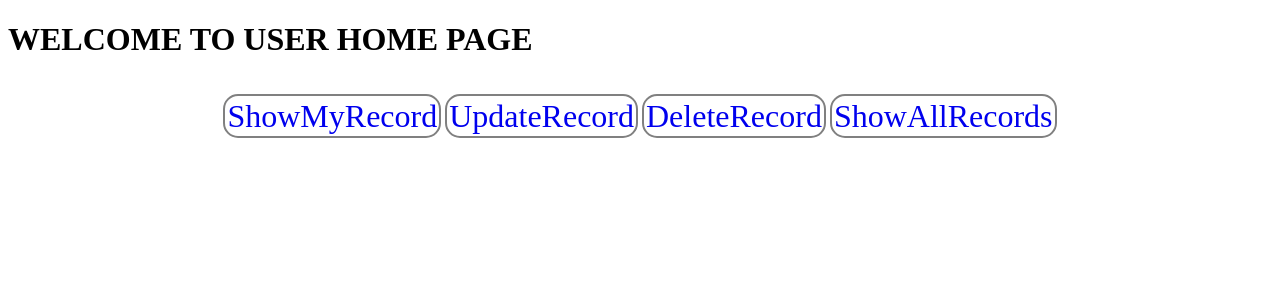
Repository: gajanansp07/Advance_Java_Practice
Page: http://localhost/JDBCCURD/UserHome.jsp
An editor plug-in stored every save of this project. The page is shown before and after the next save, followed by the edit.
The browser window is 1280 px wide. The pictures show the whole page.
The page is served by Tomcat 9.

Above is the page before, as saved 2022-03-17 17:13:46.

After the next save:
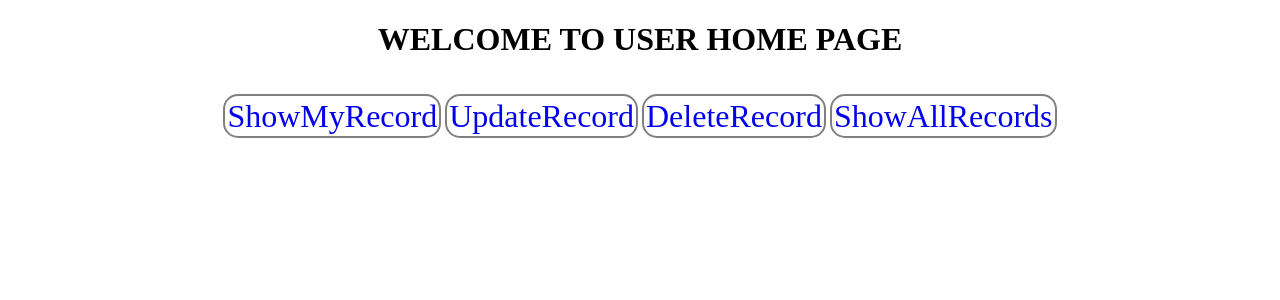
Saved 23 s later.
--- a/JDBCCURD/src/main/webapp/UserHome.jsp
+++ b/JDBCCURD/src/main/webapp/UserHome.jsp
@@ -22,7 +22,7 @@ a.uhome:hover {
 </style>
 </head>
 <body>
-	<h1>WELCOME TO USER HOME PAGE</h1>
+	<h1 align="center">WELCOME TO USER HOME PAGE</h1>
 	<br>
 	<div id="sub-menu">
 	<a href="ShowMyRecord.jsp" class="uhome"  target="iframe_home">ShowMyRecord</a>
